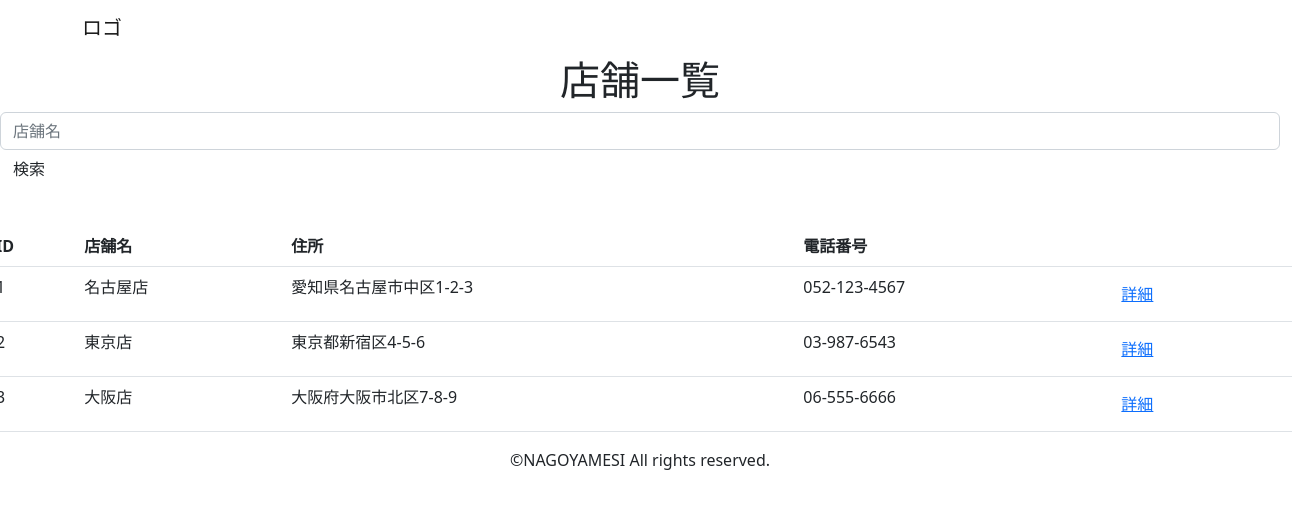
Repository: masa1228ew/taberogu
Page: http://localhost/admin/shop/index
These files come from the project's save history. The page is drawn as it stood at one moment and after the next save; the edit follows.
The browser window is 1280 px wide. The page is 1292 px wide, so the pictures cover 1292 px, including what lies to the right of the window. The pictures show the whole page.
The page is this project's Thymeleaf template; nobody is signed in. The template is opened directly, without the code that normally fills it, so the values that code supplies are empty.

Above is the page before, as saved 2024-11-17 13:55:32.

### taberogu/taberogu/src/main/resources/templates/admin/shop/index.html
<!DOCTYPE html>
<html xmlns:th="https://www.thymeleaf.org">
	<head>
		 <meta charset="UTF-8">
         <meta name="viewport" content="width=device-width, initial-scale=1">
         <link href="https://cdn.jsdelivr.net/npm/bootstrap@5.2.3/dist/css/bootstrap.min.css" rel="stylesheet" integrity="sha384-rbsA2VBKQhggwzxH7pPCaAqO46MgnOM80zW1RWuH61DGLwZJEdK2Kadq2F9CUG65" crossorigin="anonymous">
          <link rel="preconnect" href="https://fonts.googleapis.com">
         <link rel="preconnect" href="https://fonts.gstatic.com" crossorigin>
         <link href="https://fonts.googleapis.com/css2?family=Noto+Sans+JP:wght@400;500&display=swap" rel="stylesheet">

<!--         <link th:href="#" rel="stylesheet" >-->
         <title>店舗一覧</title>
	</head>
	<body>
		<nav class="navbar navbar-light">
			<div class="container">
				<a class="navbar-brand" th:href="@{/}">
					ロゴ
				</a>
			</div>
		</nav>

	<main>
		<div class="row justify-content-center">
			<h1 class="text-center">店舗一覧</h1>
			<div class="justify-content-between">
				<form>
					<input type="text" class="form-control" name="keyword" placeholder="店舗名">
					<button type="submit" class="btn">検索</button>
				</form>
				<a href="#" class="btn text-white">登録</a>
			</div>
			<table class="table">
				<thead>
				 <tr>
					<th scope="col">ID</th>
					<th scope="col">店舗名</th>
					<th scope="col">住所</th>
					<th scope="col">電話番号</th>
					<th scope="col"></th>
				 </tr>
				</thead>
				<tbody>
<!--					<tr th:each="#">-->
<!--						<td th:text="#"></td>-->
<!--						<td th:text="#"></td>-->
<!--						<td th:text="#"></td>-->
<!--						<td th:text="#"></td>-->
<!--						<td><a href="#">詳細</a></td>-->
<!--					</tr>-->
 <tr>
                        <td>1</td>
                        <td>名古屋店</td>
                        <td>愛知県名古屋市中区1-2-3</td>
                        <td>052-123-4567</td>
                        <td><a href="#" class="btn btn-link">詳細</a></td>
                    </tr>
                    <tr>
                        <td>2</td>
                        <td>東京店</td>
                        <td>東京都新宿区4-5-6</td>
                        <td>03-987-6543</td>
                        <td><a href="#" class="btn btn-link">詳細</a></td>
                    </tr>
                    <tr>
                        <td>3</td>
                        <td>大阪店</td>
                        <td>大阪府大阪市北区7-8-9</td>
                        <td>06-555-6666</td>
                        <td><a href="#" class="btn btn-link">詳細</a></td>
                    </tr>
				</tbody>
			</table>
		</div>
	</main>
	<footer>
		<div class="justify-content-center">
			<p class="text-center">&copy;NAGOYAMESI  All rights reserved.</p>
		</div>
	</footer>
	</body>
</html>

After the next save:
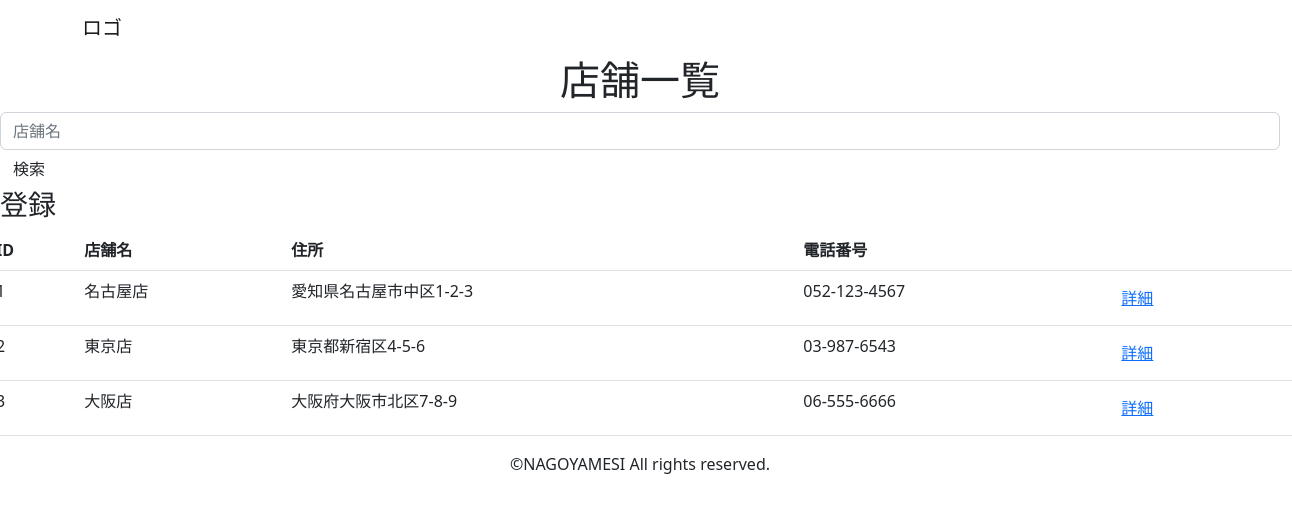
Saved 2 min 8 s later.
--- a/taberogu/taberogu/src/main/resources/templates/admin/shop/index.html
+++ b/taberogu/taberogu/src/main/resources/templates/admin/shop/index.html
@@ -28,7 +28,8 @@
 					<input type="text" class="form-control" name="keyword" placeholder="店舗名">
 					<button type="submit" class="btn">検索</button>
 				</form>
-				<a href="#" class="btn text-white">登録</a>
+<!--				<a href="#" class="btn text-white">登録</a>-->
+<h3>登録</h3>
 			</div>
 			<table class="table">
 				<thead>
